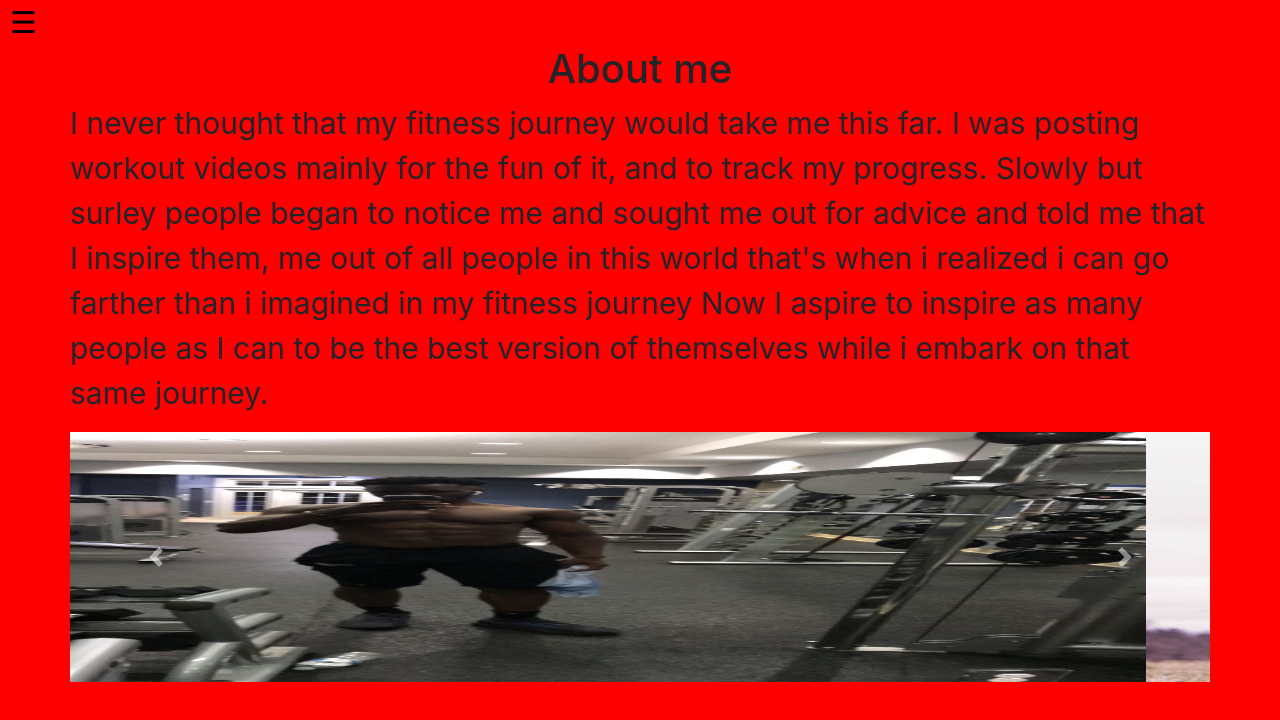
Repository: mamadont/MamadouFitnessWebsite
Page: pages-html/about-me.html
These files come from the project's save history. The page is drawn as it stood at one moment and after the next save; the edit follows.
The browser window is 1280 px wide. The pictures show the whole page.
Some web libraries are served in a nearby version.

Above is the page before, as saved 2020-07-09 00:32:50.

### pages-html/about-me.html
<!DOCTYPE html>
<html>

<head>
    <title>Mamadou Fitness</title>
    <link rel="stylesheet" href='../pages-css/about-me.css'>
    <meta name="viewport" content="width=device-width, initial-scale=1.0">

    <!-- Bootstrap -->
    <link rel="stylesheet" href="https://stackpath.bootstrapcdn.com/bootstrap/4.5.0/css/bootstrap.min.css" integrity="sha384-9aIt2nRpC12Uk9gS9baDl411NQApFmC26EwAOH8WgZl5MYYxFfc+NcPb1dKGj7Sk" crossorigin="anonymous">
    <!-- Animate.CSS-->
    <link rel="stylesheet" href="https://cdnjs.cloudflare.com/ajax/libs/animate.css/4.0.0/animate.min.css" />
    <!-- Font Awesome -->
    <script src="https://kit.fontawesome.com/0a51dc7bb6.js" crossorigin="anonymous"></script>
</head>

<body>
    <!-- Parent container-->
    <div id="main" class="bg">
        <!-- Hamburger Icon-->
        <span class="menu-icon" onclick="openNav()">&#9776; </span>

        <!-- About me content-->
        <div class="container">
            <!-- Header -->
            <div class="row justify-content-center animate__animated animate__slideInDown">
                <h1 id="header"> About me</h1>
            </div>

            <!-- About me description -->
            <div id="about-me-desc" class="row justify-content-center animate__animated animate__slideInLeft">
                <div>
                    <p>I never thought that my fitness journey would take me this far. I was posting workout videos mainly for the fun of it, and to track my progress. Slowly but surley people began to notice me and sought me out for advice and told me that
                        I inspire them, me out of all people in this world that's when i realized i can go farther than i imagined in my fitness journey Now I aspire to inspire as many people as I can to be the best version of themselves while i embark
                        on that same journey.</p>
                </div>
            </div>

            <!-- Images -->
            <div id="carousel" class="row carousel slide animate__animated animate__slideInRight" data-ride="carousel">
                <div class="carousel-inner">
                    <div class="carousel-item active">
                        <img class="d-block w-100" src="../assets/pic1.JPG" />
                    </div>
                    <div class="carousel-item">
                        <img class="d-block w-100" src="../assets/pic2.JPG" />
                    </div>
                    <div class="carousel-item">
                        <img class="d-block w-100" src="../assets/pic3.JPG" />
                    </div>
                    <div class="carousel-item">
                        <img class="d-block w-100" src="../assets/pic4.JPG" />
                    </div>
                </div>
                <a class="carousel-control-prev" href="#carousel" role="button" data-slide="prev">
                    <span class="carousel-control-prev-icon" aria-hidden="true"></span>
                    <span class="sr-only">Previous</span>
                </a>
                <a class="carousel-control-next" href="#carousel" role="button" data-slide="next">
                    <span class="carousel-control-next-icon" aria-hidden="true"></span>
                    <span class="sr-only">Next</span>
                </a>
            </div>

        </div>
    </div>

    <!-- Side menu-->
    <div id="myNav" class="overlay">
        <a href="javascript:void(0)" class="closebtn" onclick="closeNav()">&times;</a>
        <div class="overlay-content">
            <!-- Menu Options -->
            <a href="../index.html">Home</a>
            <a href="./pages-html/about-me.html">About me</a>
            <a href="./social-media.html">Social Media</a>
            <a href="#">Workout Programs</a>
            <a href="#">Shop</a>
            <a href="./contact-me.html">Apply for Coaching</a>
        </div>
    </div>

    <!-- Javascript for this page-->
    <script src="../scripts/script.js"></script>
    <!-- Necessary script tags for Bootstrap-->
    <script src="https://code.jquery.com/jquery-3.5.1.slim.min.js" integrity="sha384-DfXdz2htPH0lsSSs5nCTpuj/zy4C+OGpamoFVy38MVBnE+IbbVYUew+OrCXaRkfj" crossorigin="anonymous"></script>
    <script src="https://cdn.jsdelivr.net/npm/popper.js@1.16.0/dist/umd/popper.min.js" integrity="sha384-Q6E9RHvbIyZFJoft+2mJbHaEWldlvI9IOYy5n3zV9zzTtmI3UksdQRVvoxMfooAo" crossorigin="anonymous"></script>
    <script src="https://stackpath.bootstrapcdn.com/bootstrap/4.5.0/js/bootstrap.min.js" integrity="sha384-OgVRvuATP1z7JjHLkuOU7Xw704+h835Lr+6QL9UvYjZE3Ipu6Tp75j7Bh/kR0JKI" crossorigin="anonymous"></script>
</body>

</html>

### pages-css/about-me.css
/* Background Image */

body,
html {
    height: 100%;
    overflow-x: hidden;
    background-color: red;
}

.bg {
    /* The image used */
    background-color: #FF0000;
    /* Full height */
    height: 100%;
    /* Center and scale the image nicely */
    background-position: center;
    background-repeat: no-repeat;
    background-size: cover;
    z-index: -1;
}


/* Hamburger (Menu) icon */

.menu-icon {
    font-size: 30px;
    cursor: pointer;
    padding-left: 10px;
    color: black;
    height: 300px;
    width: 300px;
}


/* About me header */

#about-me-header {
    text-align: center;
}


/* Menu overlay */

.overlay {
    height: 100%;
    width: 0;
    position: fixed;
    z-index: 1;
    top: 0;
    left: 0;
    background-color: black;
    overflow-x: hidden;
    transition: 0.5s;
}

.overlay-content {
    position: relative;
    top: 25%;
    width: 100%;
    text-align: center;
    margin-top: 30px;
}

.overlay a {
    padding: 8px;
    text-decoration: none;
    font-size: 36px;
    color: #818181;
    display: block;
    transition: 0.3s;
}

.overlay a:hover,
.overlay a:focus {
    color: red;
    text-decoration: none;
}

.overlay .closebtn {
    position: absolute;
    top: 20px;
    right: 45px;
    font-size: 60px;
}

@media screen and (max-height: 450px) {
    .overlay a {
        font-size: 20px
    }
    .overlay .closebtn {
        font-size: 40px;
        top: 15px;
        right: 35px;
    }
}


/* About me content */

p {
    font-size: 30px;
}

img {
    height: 250px;
    width: 250px;
}

#header {
    text-align: center;
}


/* For smaller screens */

@media(max-width: 767px) {
    p {
        font-size: larger;
    }
    #about-me-desc {
        padding: 20px;
    }
    #carousel {
        padding: 10px;
    }
}

### scripts/script.js
function openNav() {
    // Changes width based on the width of the viewport (30% for larger screens, 100% for smaller screens)
    if (window.innerWidth < 1280) {
        document.getElementById("myNav").style.width = "100%";
    } else {
        document.getElementById("myNav").style.width = "30%";
    }

    document.getElementById("main").style.opacity = 0.5;



}

function closeNav() {
    document.getElementById("myNav").style.width = "0%";
    document.getElementById("main").style.opacity = 1.0
}

After the next save:
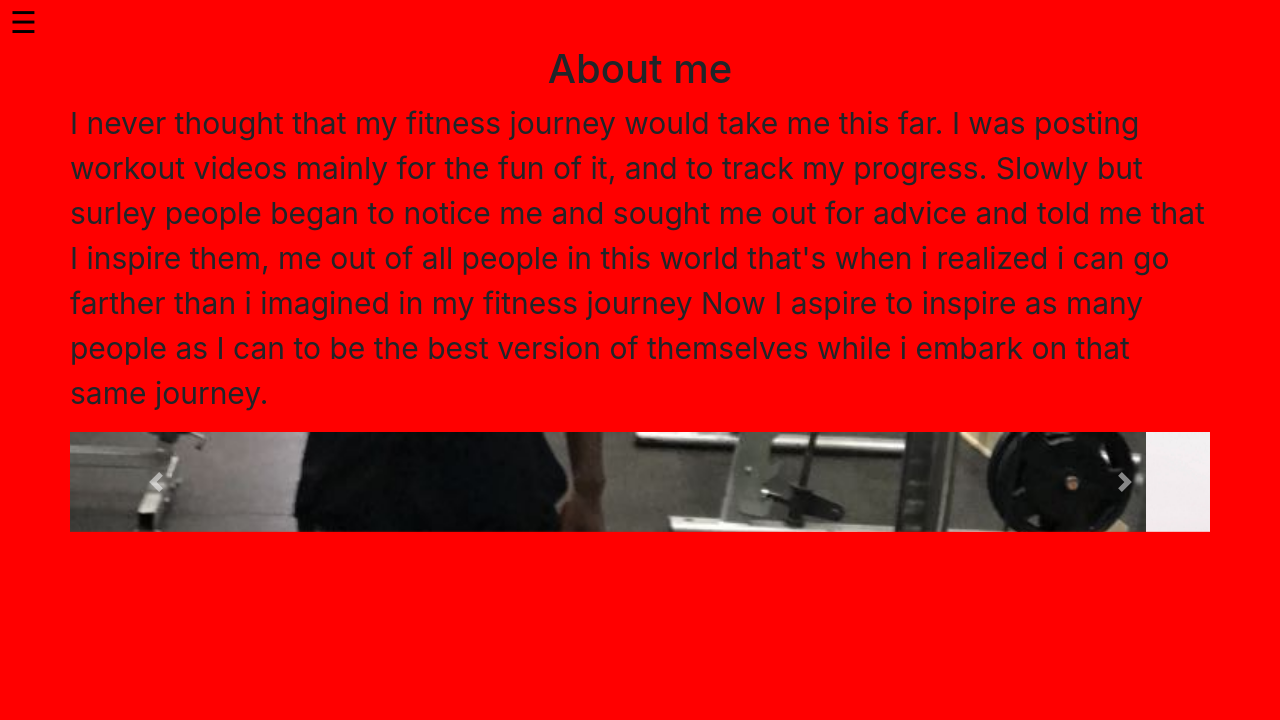
Saved 7 min 8 s later.
--- a/pages-css/about-me.css
+++ b/pages-css/about-me.css
@@ -102,8 +102,9 @@ p {
 }
 
 img {
-    height: 250px;
-    width: 250px;
+    width: 100px;
+    height: 100px;
+    object-fit: cover;
 }
 
 #header {
